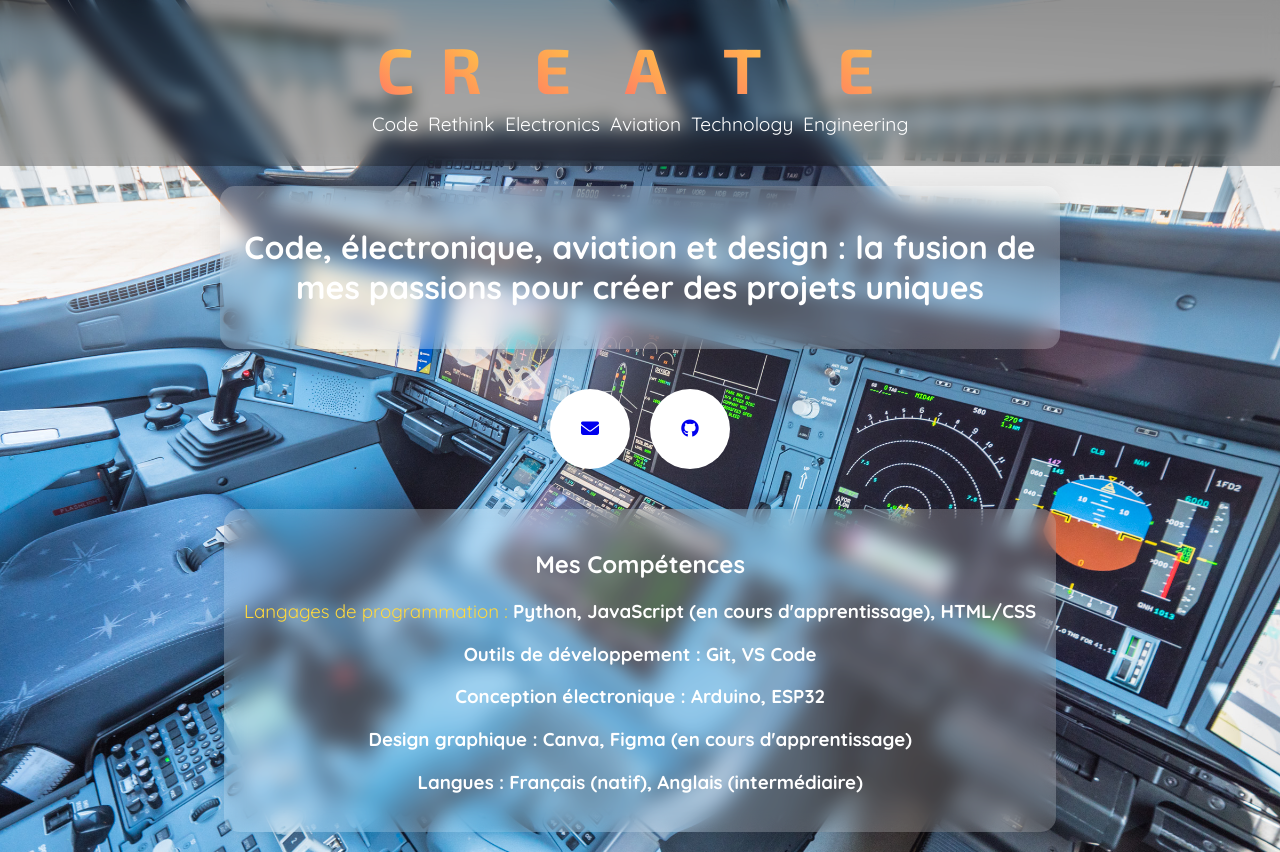
Repository: nlagardere/myportfolio
Page: index.html
These files come from the project's save history. The page is drawn as it stood at one moment and after the next save; the edit follows.
The browser window is 1280 px wide. The pictures show the whole page.

Above is the page before, as saved 2025-09-06 10:11:01.

### index.html
<!DOCTYPE html>
<html lang="fr">
<head>
  <meta charset="UTF-8">
  <meta name="viewport" content="width=device-width, initial-scale=1.0">
  <title>Portfolio</title>

  <!-- Google Fonts -->
  <link href="https://fonts.googleapis.com/css2?family=Exo+2:wght@400;700&family=Quicksand:wght@400;700&display=swap" rel="stylesheet">
  <!-- Font Awesome -->
  <link rel="stylesheet" href="https://cdnjs.cloudflare.com/ajax/libs/font-awesome/6.5.0/css/all.min.css">

  <style>
    /* ========== BODY & LAYOUT ========== */
    body {
      font-family: 'Quicksand', sans-serif;
      margin: 0;
      padding: 0;
      min-height: 100vh;
      display: flex;
      flex-direction: column;       /* empile header, contenu, footer verticalement */
      justify-content: space-between; /* espace entre header/contenu et footer */
      background: url('a350.jpg') no-repeat center center;
      background-size: cover;
      color: #333;
    }

    header {
      text-align: center;
      padding: 30px 20px;
      background: rgba(0,0,0,0.3);
      backdrop-filter: blur(8px);
      color: white;
    }

    .glasscard {
      background: rgba(255, 255, 255, 0.2);
      border-radius: 15px;
      padding: 20px;
      margin: 20px auto;
      max-width: 800px;
      backdrop-filter: blur(10px);
      box-shadow: 0 4px 30px rgba(0, 0, 0, 0.1);
      color: white;
      text-align: center;
      animation: zoomPop 1s ease forwards;
    }

    /* ========== ACRONYM ========== */
    .acronym-container {
      display: flex;
      justify-content: center;
      gap: 10px;
      flex-wrap: wrap;
      perspective: 1000px;
    }

    .letter-block {
      flex: none;
      text-align: center;
      opacity: 0;
      transform: scale(0.1) translateZ(-800px);
      animation: zoomPop 0.8s cubic-bezier(0.25, 1.5, 0.5, 1) forwards;
    }

    .letter-block:nth-child(1) { animation-delay: 0s; }
    .letter-block:nth-child(2) { animation-delay: 0.1s; }
    .letter-block:nth-child(3) { animation-delay: 0.2s; }
    .letter-block:nth-child(4) { animation-delay: 0.3s; }
    .letter-block:nth-child(5) { animation-delay: 0.4s; }
    .letter-block:nth-child(6) { animation-delay: 0.5s; }

    .letter-block .letter {
      font-size: 4em;
      font-weight: bold;
      font-family: 'Exo 2', sans-serif;
      background: linear-gradient(45deg, #FF6B6B, #FFD93D);
      -webkit-background-clip: text;
      -webkit-text-fill-color: transparent;
      transition: filter 0.2s;
    }

    .letter-block .letter:hover {
      filter: brightness(1.2);
    }

    .letter-block .desc {
      font-size: 1.2em;
      margin-top: 5px;
    }

    @keyframes zoomPop {
      0% { opacity: 0; transform: scale(0.1) translateZ(-800px); }
      60% { opacity: 1; transform: scale(1.2) translateZ(50px); }
      80% { transform: scale(0.95) translateZ(0); }
      100% { opacity: 1; transform: scale(1) translateZ(0); }
    }

    /* ========== SOCIAL ICONS ========== */
    .wrapper {
      display: inline-flex;
      justify-content: center;
      list-style: none;
      padding: 20px 0;
      margin: 0 auto;
    }

    .wrapper .icon {
      position: relative;
      background: #ffffff;
      border-radius: 50%;
      padding: 15px;
      margin: 0 10px;
      width: 50px;
      height: 50px;
      font-size: 18px;
      display: flex;
      justify-content: center;
      align-items: center;
      cursor: pointer;
      transition: all 0.2s cubic-bezier(0.68, -0.55, 0.265, 1.55);
    }

    /* Tooltip */
    .wrapper .tooltip {
      position: absolute;
      bottom: 100%;           /* au-dessus de l’icône */
      left: 50%;
      transform: translateX(-50%) translateY(-10px);
      font-size: 14px;
      background: #333;
      color: #fff;
      padding: 5px 8px;
      border-radius: 5px;
      box-shadow: 0 4px 10px rgba(0,0,0,0.2);
      opacity: 0;
      pointer-events: none;
      white-space: nowrap;
      transition: all 0.3s cubic-bezier(0.68, -0.55, 0.265, 1.55);
      z-index: 10;
    }

    .wrapper .tooltip::before {
      content: "";
      position: absolute;
      top: 100%;              /* triangle sous le tooltip */
      left: 50%;
      transform: translateX(-50%) rotate(45deg);
      width: 8px;
      height: 8px;
      background: #333;
    }

    .wrapper .icon:hover .tooltip {
      opacity: 1;
      pointer-events: auto;
      transform: translateX(-50%) translateY(-15px);
    }

    /* Hover colors */
    .wrapper .mail:hover,
    .wrapper .mail:hover .tooltip,
    .wrapper .mail:hover .tooltip::before {
      background: #00CED1;
      color: #ffffff;
    }

    .wrapper .github:hover,
    .wrapper .github:hover .tooltip,
    .wrapper .github:hover .tooltip::before {
      background: #333333;
      color: #ffffff;
    }

    .compétences{
      text-align: center;
      background: rgba(255, 255, 255, 0.2);
      border-radius: 15px;
      padding: 20px;
      margin: 20px auto;
      max-width: 800px;
      backdrop-filter: blur(10px);
      box-shadow: 0 4px 30px rgba(0, 0, 0, 0.1);
      color: white;
      text-align: center;
      animation: zoomPop 1s ease forwards;
    }

    .highlight {
      color: #FFD93D;
      font-weight: 500;
    }

    /* Responsive letters */
    @media (max-width: 600px) {
      .letter-block .letter {
        font-size: 2.5em;
      }
    }
  </style>
</head>

<body>
  <header>
    <div class="acronym-container">
      <div class="letter-block">
        <div class="letter">C</div>
        <div class="desc">Code</div>
      </div>
      <div class="letter-block">
        <div class="letter">R</div>
        <div class="desc">Rethink</div>
      </div>
      <div class="letter-block">
        <div class="letter">E</div>
        <div class="desc">Electronics</div>
      </div>
      <div class="letter-block">
        <div class="letter">A</div>
        <div class="desc">Aviation</div>
      </div>
      <div class="letter-block">
        <div class="letter">T</div>
        <div class="desc">Technology</div>
      </div>
      <div class="letter-block">
        <div class="letter">E</div>
        <div class="desc">Engineering</div>
      </div>
    </div>
  </header>

  <div class="glasscard">
    <h1>Code, électronique, aviation et design : la fusion de mes passions pour créer des projets uniques</h1>
  </div>

  <ul class="wrapper">
    <li class="icon mail">
      <a href="mailto:nathan.lagardere@gmail.com" target="_blank">
        <span class="tooltip">Mail</span>
        <i class="fas fa-envelope"></i>
      </a>
    </li>

    <li class="icon github">
      <a href="https://github.com/nlagardere" target="_blank">
        <span class="tooltip">Github</span>
        <i class="fab fa-github"></i>
      </a>
    </li>
  </ul>

  <div class="compétences">
    <h2>Mes Compétences</h2>

      <h3><span class="highlight">Langages de programmation :</span> Python, JavaScript (en cours d'apprentissage), HTML/CSS</h3>
      <h3>Outils de développement : Git, VS Code</h3>
      <h3>Conception électronique : Arduino, ESP32</h3>
      <h3>Design graphique : Canva, Figma (en cours d'apprentissage)</h3>
      <h3>Langues : Français (natif), Anglais (intermédiaire)</h3>

  </div>

</body>
</html>

After the next save:
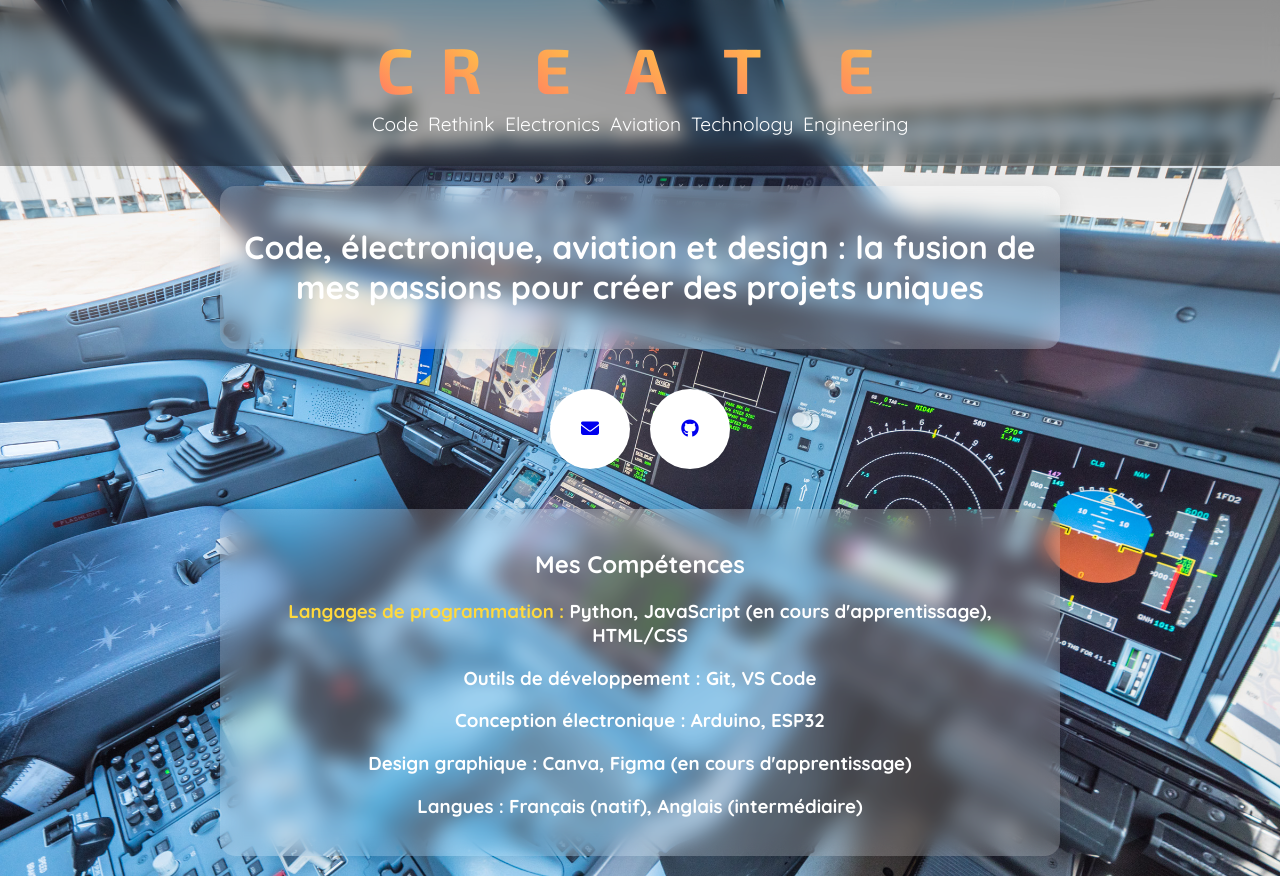
Saved 7 s later.
--- a/index.html
+++ b/index.html
@@ -188,7 +188,7 @@
 
     .highlight {
       color: #FFD93D;
-      font-weight: 500;
+      font-weight: exabold;
     }
 
     /* Responsive letters */
